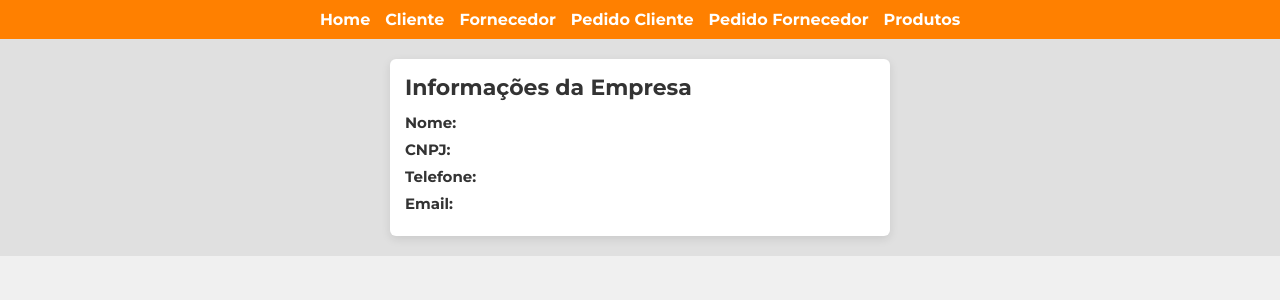
Repository: walterdmp/JavaWeb_BartoBotinas
Page: http://localhost/BartoBotinas/home.jsp
The author's editor kept a copy of each file at every save. The page is drawn from the files as they stood at one save, then again after the next save.
The browser window is 1280 px wide. The pictures show the whole page.
The page is served by Tomcat 9. The template is opened directly, without the code that normally fills it, so the values that code supplies are empty.

Above is the page before, as saved 2024-07-31 20:20:10.

After the next save:
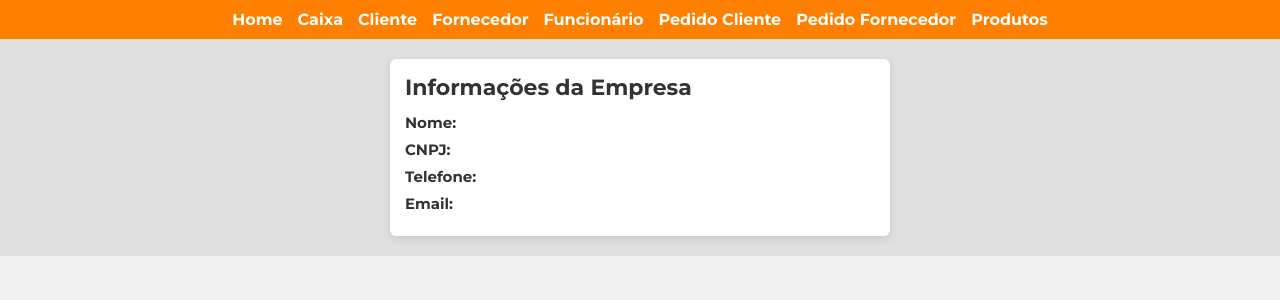
Saved 98 s later.
--- a/BartoBotinas/WebContent/home.jsp
+++ b/BartoBotinas/WebContent/home.jsp
@@ -11,11 +11,12 @@
 	<nav class="bartoNav">
 		<ul>
 			<li><a href="home.jsp">Home</a></li>
+			<li><a href="cadastrarCaixa.jsp">Caixa</a></li>
 			<li><a href="cadastrarCliente.jsp">Cliente</a></li>
 			<li><a href="cadastrarFornecedor.jsp">Fornecedor</a></li>
+			<li><a href="cadastrarFuncionario.jsp">Funcionário</a></li>
 			<li><a href="cadastrarPedidoCliente.jsp">Pedido Cliente</a></li>
-			<li><a href="cadastrarPedidoFornecedor.jsp">Pedido
-					Fornecedor</a></li>
+			<li><a href="cadastrarPedidoFornecedor.jsp">Pedido Fornecedor</a></li>
 			<li><a href="cadastrarProdutos.jsp">Produtos</a></li>
 		</ul>
 	</nav>
